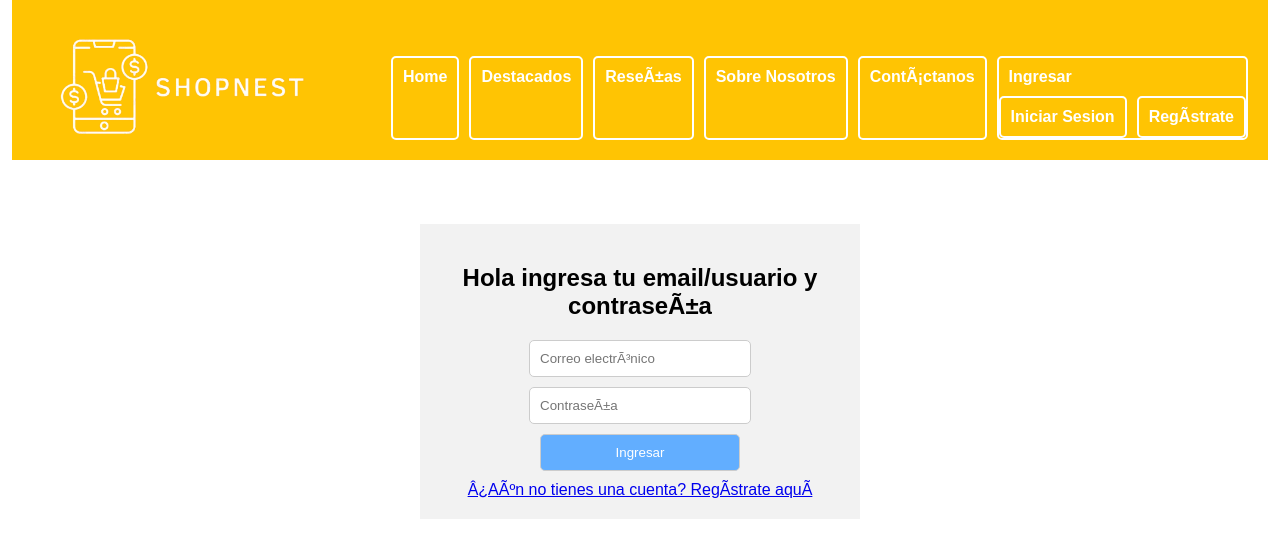
Repository: Regmalek07/ProyectoU
Page: inicio_sesion.html
The author's editor kept a copy of each file at every save. The page is drawn from the files as they stood at one save, then again after the next save.
The browser window is 1280 px wide. The pictures show the whole page.

Above is the page before, as saved 2024-04-29 14:04:03.
Console error: TypeError: Cannot read properties of null (reading 'style')

### inicio_sesion.html
<!DOCTYPE html>
<html>
    <head lang="es">
        <meta charset="UFT-8">
        <title>Inicio</title>
        <link rel="stylesheet" href="styles/styles.css">
    </head>
    <body>
        <header>
            <div class="logo">
                <a href="home.html">
                    <img src="images/Logo_1.png" alt="LogoShop">
                </a>
            </div>
            <nav>
                <ul>
                    <li><a href="home.html">Home</a></li>
                    <li><a href="destacado.html">Destacados</a></li>
                    <li><a href="resenas.html">Reseñas</a></li>
                    <li><a href="sobre_nosotros.html">Sobre Nosotros</a></li>
                    <li><a href="contacto.html">Contáctanos</a></li>
                    <li class="menu"> <!-- Cambia la clase a "menu" -->
                        <a>Ingresar</a>
                        <ul>
                            <li><a href="inicio_sesion.html">Iniciar Sesion</a></li>
                            <li><a href="registro.html">Regístrate</a></li>
                        </ul>
                    </li>
                </ul>
            </nav>
        </header>
        <section class="landing">
            <h1>Hola ingresa tu email/usuario y contraseña</h1>
            <form id="login-form">
                <input type="email" name="correo" placeholder="Correo electrónico" required>
                <input type="password" name="contrasena" placeholder="Contraseña" required>
                <button type="submit">Ingresar</button>
            </form>
            <a href="registro.html">¿Aún no tienes una cuenta? Regístrate aquí</a>
        </section>
        <script src="login.js"></script>
    </body>
</html>

### styles/styles.css
body {
    font-family: Arial, sans-serif;
    margin: 0;
    padding: 0;
    display: flex;
    flex-direction: column;
    align-items: center;
}

h1 {
    text-align: center;
}

p {
    text-align: center;
}
/* Estilos para el banner */

header {
    background-color: #ffc403;
    padding: 20px;
    display: flex;
    justify-content: space-between;
    align-items: center;
    max-height: 120px;
    width: 95%;
}

.logo img {
    width: 300px;
}

/* Estilos para la sección de landing */
.landing {
    background-color: #f2f2f2;
    margin: 5% 0;
    padding: 20px;
    text-align: center;
    max-width: 400px;
}

/* Estilos para los formularios */
input[type="email"],
input[type="password"],
button {
    margin: 10px auto;
    padding: 10px;
    width: 200px;
    display: block;
    border: 1px solid #ccc;
    border-radius: 5px;
}

button {
    background-color: #62aeff;
    color: #fff;
    cursor: pointer;
}

nav {
    margin-top: auto;
}

nav ul {
    list-style-type: none;
    margin: 0;
    padding: 0;
    display: flex;
    justify-content: center;
}

nav li {
    margin-right: 10px;
    position: relative;
    border: 2px solid #fff; /* Agrega un borde delineado blanco */
    border-radius: 5px; /* Redondea las esquinas del recuadro */
}

nav li:last-child {
    margin-right: 0;
}

nav span {
    position: absolute;
    top: 50%;
    right: -10px;
    transform: translateY(-50%);
}

nav a {
    text-decoration: none;
    color: #fff; /* Cambia el color del texto a amarillo */
    font-weight: bold;
    display: block;
    padding: 10px; /* Añade un relleno para mejorar la apariencia */
}

nav a:hover {
    background-color: #fff; /* Cambia el fondo al pasar el ratón */
    color: #ffc403; /* Cambia el color del texto al pasar el ratón */
}

/* Estilos para el botón de ingresar */
.nav-login {
    position: relative;
    border: 2px solid #fff; /* Agrega un borde delineado blanco */
    border-radius: 5px; /* Redondea las esquinas del recuadro */
    padding: 10px; /* Añade un relleno para mejorar la apariencia */
    text-align: center;
}

.nav-login:hover {
    background-color: #fff; /* Cambia el fondo al pasar el ratón */
}

.nav-login ul {
    list-style-type: none;
    padding: 0;
    margin: 0;
    display: none; /* Oculta las opciones por defecto */
    position: absolute;
    top: 100%;
    left: 0;
    width: 100%;
}

.nav-login:hover ul {
    display: block; /* Muestra las opciones al pasar el ratón */
}

.nav-login ul li {
    border-top: 2px solid #fff; /* Agrega un borde delineado blanco */
}

.nav-login ul li:first-child {
    border-top: none; /* Elimina el borde superior del primer elemento */
}

.nav-login ul li a {
    display: block;
    text-decoration: none;
    color: #ffc403; /* Cambia el color del texto a amarillo */
    padding: 10px; /* Añade un relleno para mejorar la apariencia */
}

.nav-login ul li a:hover {
    background-color: #fff; /* Cambia el fondo al pasar el ratón */
    color: #ffc403; /* Cambia el color del texto al pasar el ratón */
}

.nav-login:hover ul {
    display: block; /* Muestra las opciones al pasar el ratón */
}

.nav-login ul {
    list-style-type: none;
    padding: 0;
    margin: 0;
    display: none; /* Oculta las opciones por defecto */
    position: absolute;
    top: 100%;
    left: 0;
    width: 100%;
    border: 2px solid #fff; /* Agrega un borde delineado blanco */
    border-radius: 5px; /* Redondea las esquinas del recuadro */
    background-color: #ffc403; /* Cambia el color de fondo */
}

.nav-login ul li {
    border-top: 1px solid #fff; /* Agrega un borde delineado blanco entre elementos */
}

.nav-login ul li:first-child {
    border-top: none; /* Elimina el borde superior del primer elemento */
}

.nav-login ul li a {
    display: block;
    text-decoration: none;
    color: #fff; /* Cambia el color del texto a blanco */
    padding: 10px; /* Añade un relleno para mejorar la apariencia */
}

.nav-login ul li a:hover {
    background-color: #fff; /* Cambia el fondo al pasar el ratón */
    color: #ffc403; /* Cambia el color del texto al pasar el ratón */
}

### login.js
document.addEventListener("DOMContentLoaded", function() {
    // Verificar el estado de autenticación al cargar la página
    var isAuthenticated = localStorage.getItem("authenticated");

    if (isAuthenticated) {
        // Si el usuario no está autenticado, redirigir al inicio de sesión
        window.location.href = "home.html";
    } else {
        // Si el usuario no está autenticado, ocultar el botón de cierre de sesión
        document.getElementById("logout-button").style.display = "none";
    }
});
document.getElementById("login-form").addEventListener("submit", function(event) {
    event.preventDefault(); // Evitar el envío del formulario por defecto

    var formData = new FormData(this); // Obtener los datos del formulario

    // Convertir los datos del formulario a un objeto JSON
    var jsonData = {};
    formData.forEach(function(value, key) {
        jsonData[key] = value;
    });

    // Enviar los datos de inicio de sesión al servidor
    fetch('http://localhost:3000/usuarios?correo=' + encodeURIComponent(jsonData.correo) + '&contrasena=' + encodeURIComponent(jsonData.contrasena))
    .then(response => response.json())
    .then(data => {
        if (data.length > 0) {
            // Usuario autenticado, guardar estado de autenticación
            localStorage.setItem("authenticated", "true");
            // Usuario autenticado, redirigir a la página de home
            window.location.href = 'home.html';
        } else {
            // Credenciales incorrectas, mostrar un mensaje de error
            alert('Usuario o contraseña incorrectos. Por favor, inténtelo de nuevo.');
        }
    })
    .catch((error) => {
        console.error('Error al iniciar sesión:', error);
    });
});

After the next save:
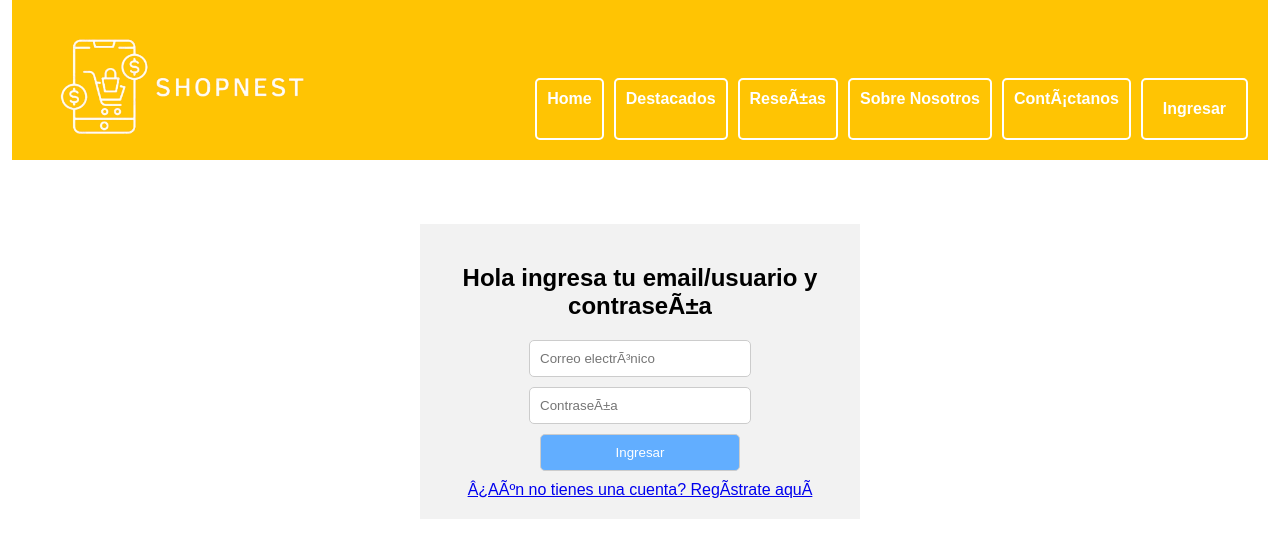
Saved 13 s later.
--- a/styles/styles.css
+++ b/styles/styles.css
@@ -101,7 +101,7 @@
 }
 
 /* Estilos para el botón de ingresar */
-.nav-login {
+.menu {
     position: relative;
     border: 2px solid #fff; /* Agrega un borde delineado blanco */
     border-radius: 5px; /* Redondea las esquinas del recuadro */
@@ -109,11 +109,11 @@
     text-align: center;
 }
 
-.nav-login:hover {
+.menu:hover {
     background-color: #fff; /* Cambia el fondo al pasar el ratón */
 }
 
-.nav-login ul {
+.menu ul {
     list-style-type: none;
     padding: 0;
     margin: 0;
@@ -124,64 +124,26 @@
     width: 100%;
 }
 
-.nav-login:hover ul {
+.menu:hover ul {
     display: block; /* Muestra las opciones al pasar el ratón */
 }
 
-.nav-login ul li {
+.menu ul li {
     border-top: 2px solid #fff; /* Agrega un borde delineado blanco */
 }
 
-.nav-login ul li:first-child {
+.menu ul li:first-child {
     border-top: none; /* Elimina el borde superior del primer elemento */
 }
 
-.nav-login ul li a {
+.menu ul li a {
     display: block;
     text-decoration: none;
     color: #ffc403; /* Cambia el color del texto a amarillo */
     padding: 10px; /* Añade un relleno para mejorar la apariencia */
 }
 
-.nav-login ul li a:hover {
+.menu ul li a:hover {
     background-color: #fff; /* Cambia el fondo al pasar el ratón */
     color: #ffc403; /* Cambia el color del texto al pasar el ratón */
 }
-
-.nav-login:hover ul {
-    display: block; /* Muestra las opciones al pasar el ratón */
-}
-
-.nav-login ul {
-    list-style-type: none;
-    padding: 0;
-    margin: 0;
-    display: none; /* Oculta las opciones por defecto */
-    position: absolute;
-    top: 100%;
-    left: 0;
-    width: 100%;
-    border: 2px solid #fff; /* Agrega un borde delineado blanco */
-    border-radius: 5px; /* Redondea las esquinas del recuadro */
-    background-color: #ffc403; /* Cambia el color de fondo */
-}
-
-.nav-login ul li {
-    border-top: 1px solid #fff; /* Agrega un borde delineado blanco entre elementos */
-}
-
-.nav-login ul li:first-child {
-    border-top: none; /* Elimina el borde superior del primer elemento */
-}
-
-.nav-login ul li a {
-    display: block;
-    text-decoration: none;
-    color: #fff; /* Cambia el color del texto a blanco */
-    padding: 10px; /* Añade un relleno para mejorar la apariencia */
-}
-
-.nav-login ul li a:hover {
-    background-color: #fff; /* Cambia el fondo al pasar el ratón */
-    color: #ffc403; /* Cambia el color del texto al pasar el ratón */
-}
